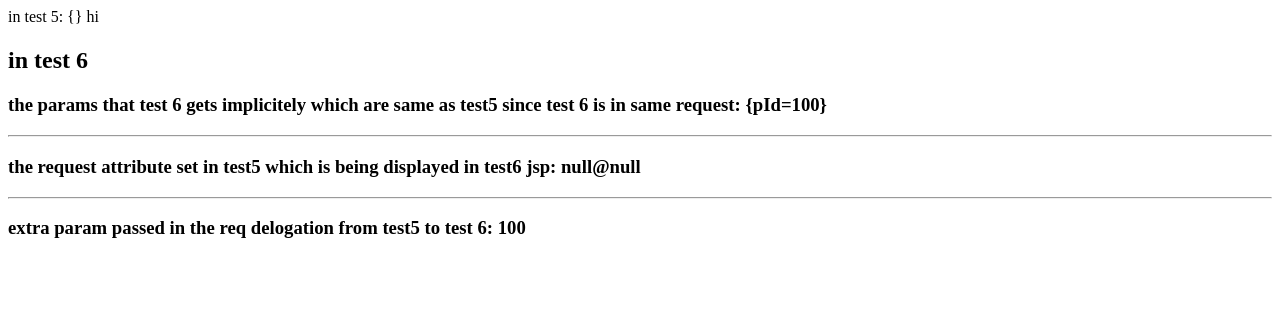
Repository: akshay399/adv-java-daywise
Page: http://localhost/day6.1_rerun/test5.jsp
The author's editor kept a copy of each file at every save. The page is drawn from the files as they stood at one save, then again after the next save.
The browser window is 1280 px wide. The pictures show the whole page.
The page is served by Tomcat 9. Nobody is signed in. The application's start-up code is not run. Other server files are loaded and not shown.

Above is the page before, as saved 2022-11-28 18:37:00.

### day6.1_rerun/src/main/webapp/test5.jsp
<%@ page language="java" contentType="text/html; charset=UTF-8"
    pageEncoding="UTF-8"%>
<!DOCTYPE html>
<html>
<head>
<meta charset="UTF-8">
<title>Insert title here</title>
</head>
<body>
in test 5: ${param}
<% request.setAttribute("product_details", request.getParameter("product_name") + "@" + request.getParameter("price"));%>
hi <h1>${sessionScope.trial}</h1>
<%
	String encUrl = response.encodeURL("test6.jsp");
System.out.println(encUrl);
	%>
<jsp:include page="<%=encUrl%>">
<jsp:param value="100" name="pId" />
</jsp:include>
</body>
</html>

### day6.1_rerun/src/main/webapp/test6.jsp
<%@ page language="java" contentType="text/html; charset=UTF-8"
    pageEncoding="UTF-8"%>
<!DOCTYPE html>
<html>
<head>
<meta charset="UTF-8">
<title>Insert title here</title>
</head>
<body>
<h2>in test 6</h2>
<h3>the params that test 6 gets implicitely which are same as test5 since test 6 is in same request: ${param}</h3>
<hr>
<h3>the request attribute set in test5 which is being displayed in test6 jsp: ${requestScope.product_details}
</h3>
<hr>
<h3>extra param passed in the req delogation from test5 to test 6: ${param.pId}</h3>

</body>
</html>

After the next save:
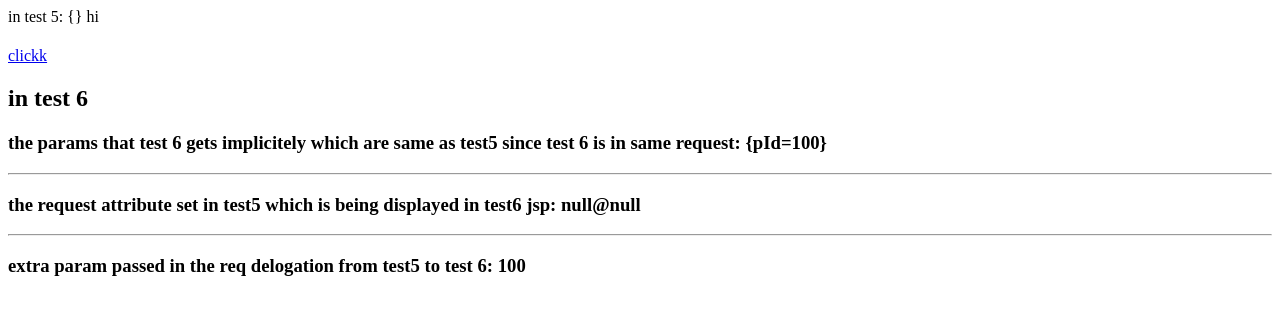
Saved 27 s later.
--- a/day6.1_rerun/src/main/webapp/test5.jsp
+++ b/day6.1_rerun/src/main/webapp/test5.jsp
@@ -14,6 +14,7 @@
 	String encUrl = response.encodeURL("test6.jsp");
 System.out.println(encUrl);
 	%>
+	<a href="<%=encUrl%>">clickk</a>
 <jsp:include page="<%=encUrl%>">
 <jsp:param value="100" name="pId" />
 </jsp:include>

After the 2 saves that followed:
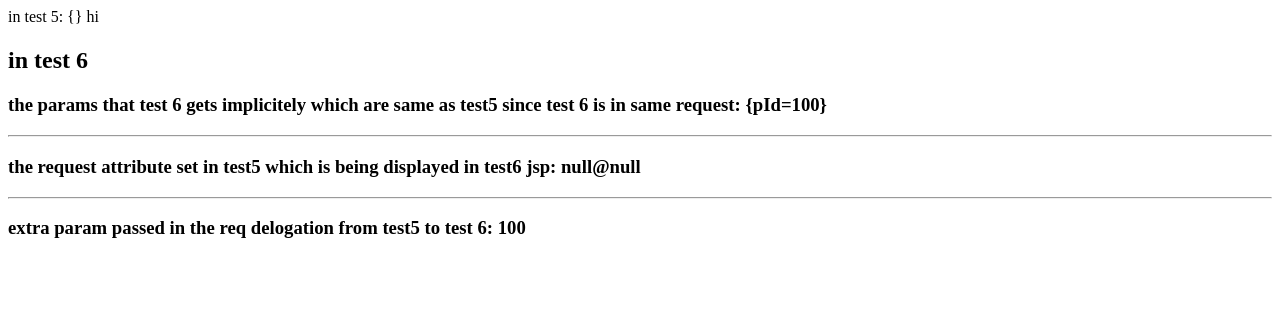
The 2 saves are shown as one change because they came seconds apart.
The last was saved 47 s later.
--- a/day6.1_rerun/src/main/webapp/test5.jsp
+++ b/day6.1_rerun/src/main/webapp/test5.jsp
@@ -14,7 +14,6 @@
 	String encUrl = response.encodeURL("test6.jsp");
 System.out.println(encUrl);
 	%>
-	<a href="<%=encUrl%>">clickk</a>
 <jsp:include page="<%=encUrl%>">
 <jsp:param value="100" name="pId" />
 </jsp:include>
